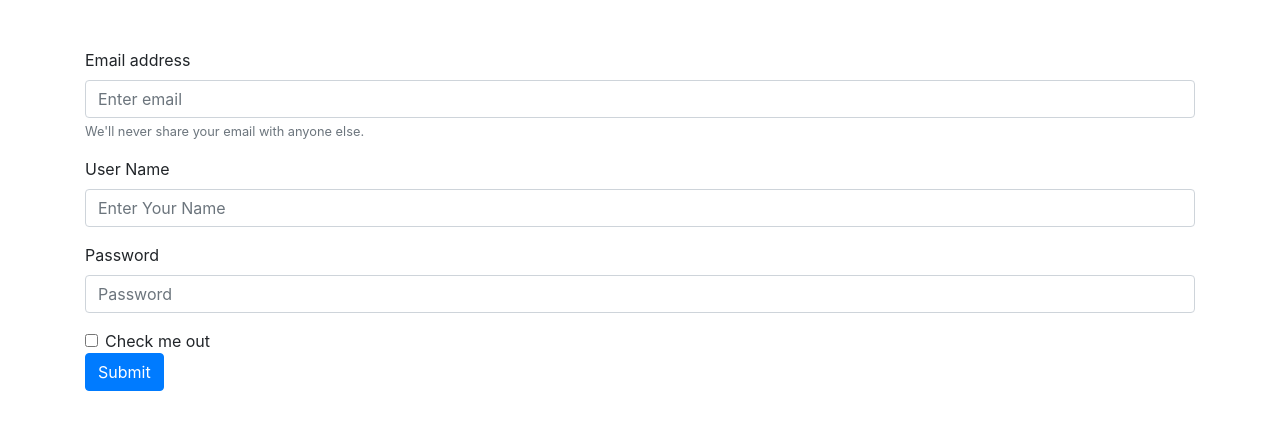
Repository: wanderwisecoder/spring_framework_learnings
Page: http://localhost/SpringMVC/contact
These files come from the project's save history. The page is drawn as it stood at one moment and after the next save; the edit follows.
The browser window is 1280 px wide. The pictures show the whole page.
Some web libraries are served in a nearby version. The page is served by Tomcat 9. Other server files are loaded and not shown.

Above is the page before, as saved 2023-12-19 08:52:03.

### SpringMVC/src/main/webapp/WEB-INF/spring-servlet.xml
<?xml version="1.0" encoding="UTF-8"?>
<beans xmlns="http://www.springframework.org/schema/beans"
	xmlns:xsi="http://www.w3.org/2001/XMLSchema-instance"
	xmlns:context="http://www.springframework.org/schema/context"
	xmlns:p="http://www.springframework.org/schema/p"
	xsi:schemaLocation="http://www.springframework.org/schema/beans
  https://www.springframework.org/schema/beans/spring-beans.xsd
  http://www.springframework.org/schema/context
  http://www.springframework.org/schema/context/spring-context.xsd">

<context:component-scan base-package="springmvc.controller"/>

	<bean
		class="org.springframework.web.servlet.view.InternalResourceViewResolver"
		name="viewResolver">

		<property name="prefix" value="/WEB-INF/views/"></property>

		<property name="suffix" value=".jsp"></property>
	</bean>


	<!-- more bean definitions go here -->
</beans>

### SpringMVC/src/main/webapp/WEB-INF/views/contact.jsp
<!doctype html>
<html lang="en">
<head>
<!-- Required meta tags -->
<meta charset="utf-8">
<meta name="viewport"
	content="width=device-width, initial-scale=1, shrink-to-fit=no">

<!-- Bootstrap CSS -->
<link rel="stylesheet"
	href="https://cdn.jsdelivr.net/npm/bootstrap@4.0.0/dist/css/bootstrap.min.css"
	integrity="sha384-Gn5384xqQ1aoWXA+058RXPxPg6fy4IWvTNh0E263XmFcJlSAwiGgFAW/dAiS6JXm"
	crossorigin="anonymous">

<title>Hello, world!</title>
</head>
<body>
	<div class="container  mt-5">
		<form>
			<div class="form-group">
				<label for="exampleInputEmail1">Email address</label> <input
					type="email" class="form-control" id="exampleInputEmail1"
					aria-describedby="emailHelp" placeholder="Enter email"> <small
					id="emailHelp" class="form-text text-muted">We'll never
					share your email with anyone else.</small>
			</div>
			<div class="form-group">
				<label for="userName">User Name</label> <input type="text"
					class="form-control" id="userName" aria-describedby="emailHelp"
					placeholder="Enter Your Name">
			</div>
			<div class="form-group">
				<label for="exampleInputPassword1">Password</label> <input
					type="password" class="form-control" id="exampleInputPassword1"
					placeholder="Password">
			</div>
			<div class="form-check">
				<input type="checkbox" class="form-check-input" id="exampleCheck1">
				<label class="form-check-label" for="exampleCheck1">Check me
					out</label>
			</div>

			<button type="submit" class="btn btn-primary">Submit</button>
		</form>
	</div>

	<!-- Optional JavaScript -->
	<!-- jQuery first, then Popper.js, then Bootstrap JS -->
	<script src="https://code.jquery.com/jquery-3.2.1.slim.min.js"
		integrity="sha384-KJ3o2DKtIkvYIK3UENzmM7KCkRr/rE9/Qpg6aAZGJwFDMVNA/GpGFF93hXpG5KkN"
		crossorigin="anonymous"></script>
	<script
		src="https://cdn.jsdelivr.net/npm/popper.js@1.12.9/dist/umd/popper.min.js"
		integrity="sha384-ApNbgh9B+Y1QKtv3Rn7W3mgPxhU9K/ScQsAP7hUibX39j7fakFPskvXusvfa0b4Q"
		crossorigin="anonymous"></script>
	<script
		src="https://cdn.jsdelivr.net/npm/bootstrap@4.0.0/dist/js/bootstrap.min.js"
		integrity="sha384-JZR6Spejh4U02d8jOt6vLEHfe/JQGiRRSQQxSfFWpi1MquVdAyjUar5+76PVCmYl"
		crossorigin="anonymous"></script>
</body>
</html>

### SpringMVC/src/main/java/springmvc/controller/ContactController.java
package springmvc.controller;

import org.springframework.stereotype.Controller;
import org.springframework.web.bind.annotation.RequestMapping;

@Controller
public class ContactController {
	@RequestMapping("/contact")
	public String showForm() {

		return "contact";

	}
}

### SpringMVC/src/main/java/springmvc/controller/HomeController.java
package springmvc.controller;

import java.time.LocalDateTime;
import java.util.ArrayList;
import java.util.List;

import org.springframework.stereotype.Controller;
import org.springframework.ui.Model;
import org.springframework.web.bind.annotation.RequestMapping;
import org.springframework.web.servlet.ModelAndView;

@Controller
public class HomeController {

	@RequestMapping("/home")
	public String home(Model model) {
		model.addAttribute("age", 54);
		System.out.println("This is home controller/url.!");
		model.addAttribute("name", "Roshan");

		model.addAttribute("id", 1234);
		return "index";
	}

	@RequestMapping("/about")
	public String about() {
		System.out.println("This is about controller/url.!");
		return "about";
	}


	//services
	//help
	@RequestMapping("/help")
	public ModelAndView help() {
		System.out.println("This is help controller/url.!");

		//creating ModelAndView object
		ModelAndView modelAndView =  new ModelAndView();

		//setting the data
		modelAndView.addObject("name","Uttam");
		modelAndView.addObject("rollNumber",11222);

		LocalDateTime now = LocalDateTime.now();
		modelAndView.addObject("time", now);

		//List Object
		List<Integer> list = new ArrayList<Integer>();
		list.add(34);
		list.add(87);
		list.add(92);
		list.add(67);
		list.add(45);

		modelAndView.addObject("marks",list);

		//setting the view name
		modelAndView.setViewName("help");


		return modelAndView;
	}

}

After the next save:
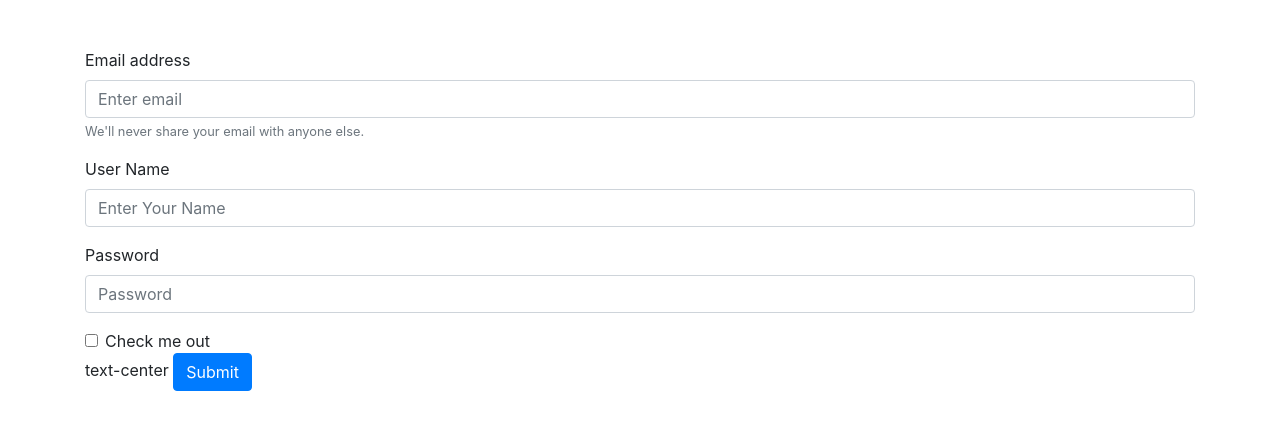
Saved 4 s later.
--- a/SpringMVC/src/main/webapp/WEB-INF/views/contact.jsp
+++ b/SpringMVC/src/main/webapp/WEB-INF/views/contact.jsp
@@ -39,7 +39,7 @@
 				<label class="form-check-label" for="exampleCheck1">Check me
 					out</label>
 			</div>
-
+			text-center
 			<button type="submit" class="btn btn-primary">Submit</button>
 		</form>
 	</div>
